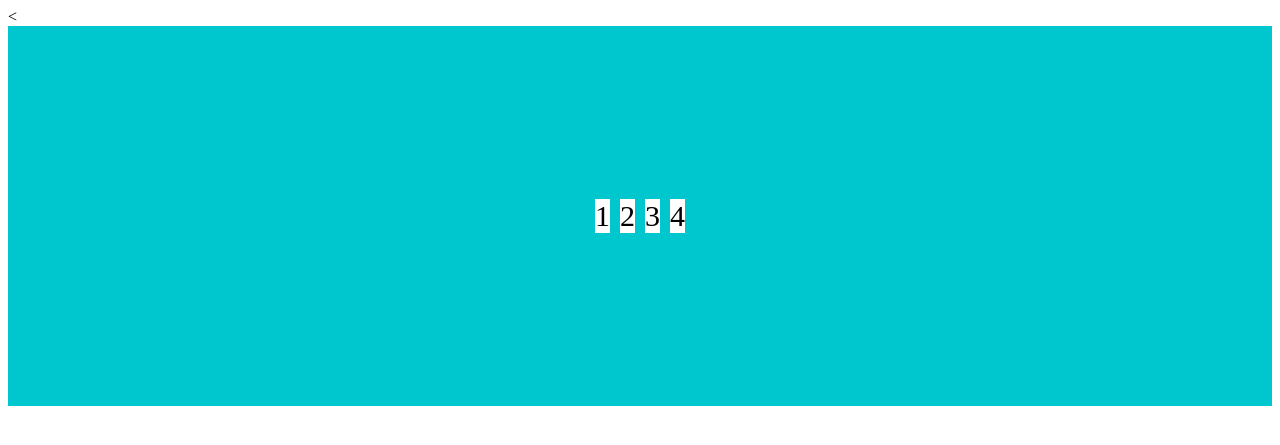
Repository: kakecat/sampleapp_demo
Page: flex/flex.html
The author's editor kept a record of every edit. The page is drawn from the files as they stood at one moment, then again after the next edit.
The browser window is 1280 px wide. The pictures show the whole page.

Above is the page before.

After the next edit:
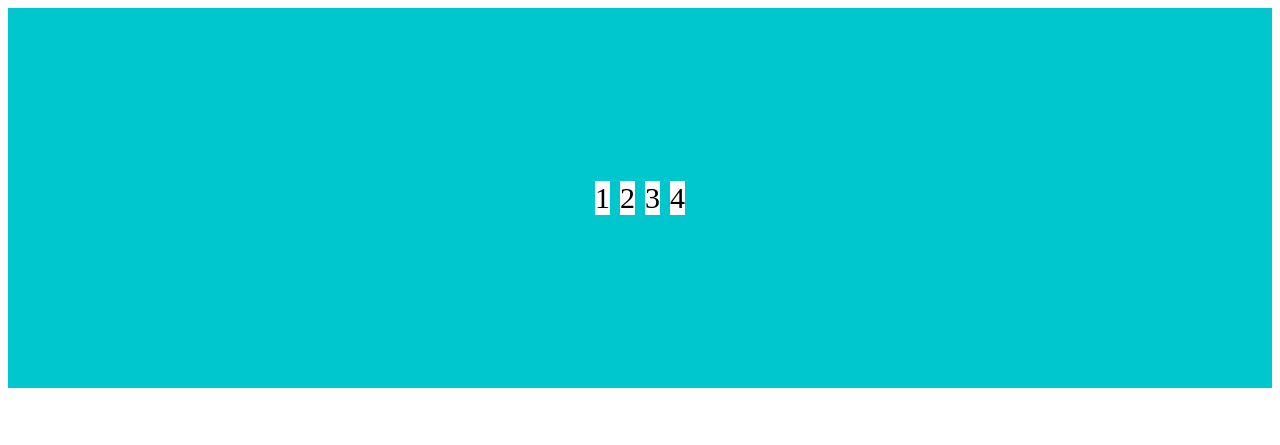
The edit:
--- a/flex/flex.html
+++ b/flex/flex.html
@@ -3,7 +3,7 @@
   <head>
     <meta charset="UTF-8" />
     <link rel="stylesheet" href="style.css" />
-    <<title>flexbox</title>
+    <title>flexbox</title>
   </head>
   <body>
     <div class="flex">
